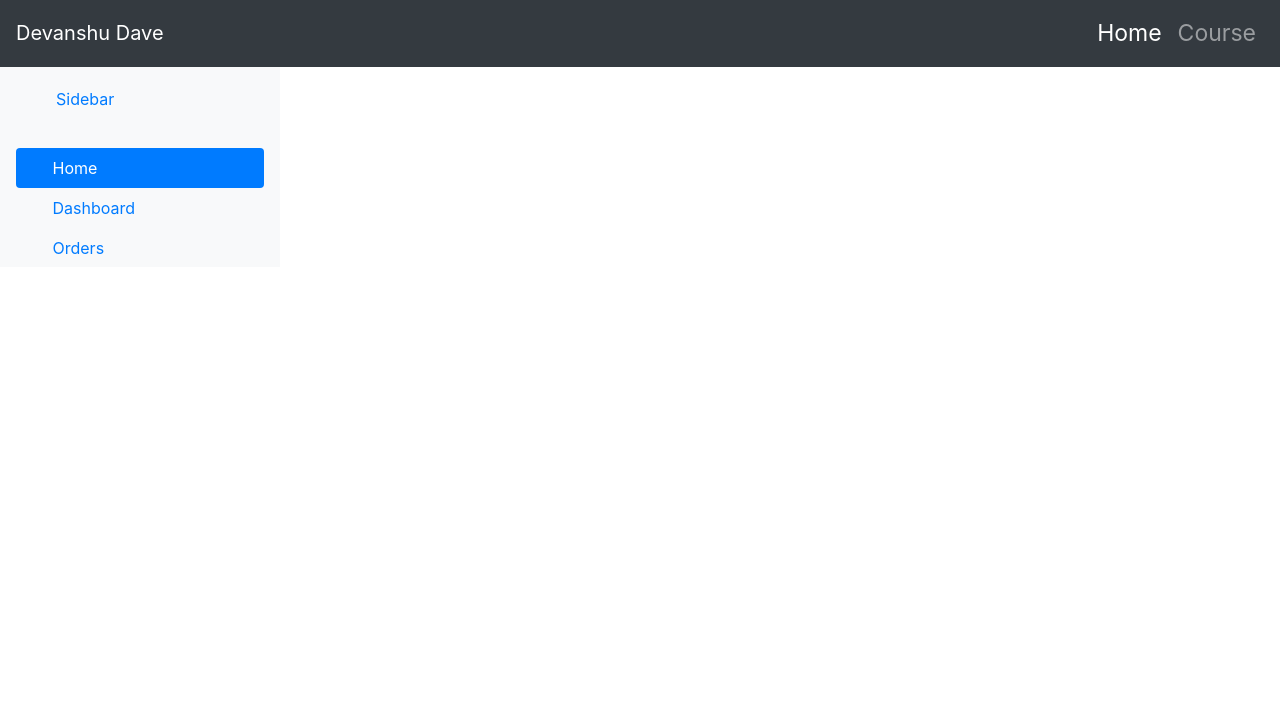
Repository: devanshudave1901/Mobile-Dev-Website
Page: course.html
An editor plug-in stored every save of this project. The page is shown before and after the next save, followed by the edit.
The browser window is 1280 px wide. The pictures show the whole page.
Some web libraries are served in a nearby version.

Above is the page before, as saved 2022-10-05 11:29:18.

### course.html
<!DOCTYPE html>
<html lang="en">
  <head>
    <meta charset="UTF-8" />
    <meta http-equiv="X-UA-Compatible" content="IE=edge" />
    <meta name="viewport" content="width=device-width, initial-scale=1.0" />
    <link
      rel="stylesheet"
      href="https://cdn.jsdelivr.net/npm/bootstrap@4.0.0/dist/css/bootstrap.min.css"
      integrity="sha384-Gn5384xqQ1aoWXA+058RXPxPg6fy4IWvTNh0E263XmFcJlSAwiGgFAW/dAiS6JXm"
      crossorigin="anonymous"
    />
    <link
      href="https://maxcdn.bootstrapcdn.com/font-awesome/4.2.0/css/font-awesome.min.css"
      rel="stylesheet"
    />

    <style>
      .navbar-nav {
        margin-left: auto;
        font-size: 23px;
      }
      .welcomeHeading {
        text-shadow: 2px 2px red;
        text-align: center;
      }
      .welcomeText {
        text-align: center;
        font-family: "Sofia", sans-serif;
      }
      .featurette-heading {
        font-weight: 300;
        line-height: 1;
        letter-spacing: -0.05rem;
        margin-top: 20%;
      }
      .profileIamge {
        width: 250px;

        left: 300px;
      }
      .mobileDevProfile {
        margin-top: 10%;
        left: 100px;
      }
      main{
        display: flex;
        flex-wrap: nowrap;
        height: 100vh;
        height: -webkit-fill-available;
        max-height: 100vh;
        overflow-x: auto;
        overflow-y: hidden;
      }
      .sideBar{
        height: 200px;
      }

  </style>
    <script
      src="https://code.jquery.com/jquery-3.2.1.slim.min.js"
      integrity="sha384-KJ3o2DKtIkvYIK3UENzmM7KCkRr/rE9/Qpg6aAZGJwFDMVNA/GpGFF93hXpG5KkN"
      crossorigin="anonymous"
    ></script>
    <script
      src="https://cdn.jsdelivr.net/npm/popper.js@1.12.9/dist/umd/popper.min.js"
      integrity="sha384-ApNbgh9B+Y1QKtv3Rn7W3mgPxhU9K/ScQsAP7hUibX39j7fakFPskvXusvfa0b4Q"
      crossorigin="anonymous"
    ></script>
    <script
      src="https://cdn.jsdelivr.net/npm/bootstrap@4.0.0/dist/js/bootstrap.min.js"
      integrity="sha384-JZR6Spejh4U02d8jOt6vLEHfe/JQGiRRSQQxSfFWpi1MquVdAyjUar5+76PVCmYl"
      crossorigin="anonymous"
    ></script>
    <title>Mobile Development - Lab 2</title>
  </head>
  <body>
    <nav class="navbar sticky-top navbar-expand-lg navbar-dark bg-dark">
      <a class="navbar-brand" href="#">Devanshu Dave</a>

      <div class="collapse navbar-collapse" id="navbarNavDropdown">
        <ul class="navbar-nav" mr-auto>
          <li class="nav-item active">
            <a class="nav-link" href="./index.html"
              >Home <span class="sr-only">(current)</span></a
            >
          </li>
          <li class="nav-item">
            <a class="nav-link" href="./course.html">Course</a>
          </li>
        </ul>
      </div>
    </nav>
    <main>
    <div class="d-flex flex-column flex-shrink-0 p-3 bg-light sideBar" style="width: 280px;">
      <a href="/" class="d-flex align-items-center mb-3 mb-md-0 me-md-auto link-dark text-decoration-none">
        <svg class="bi me-2" width="40" height="32"><use xlink:href="#bootstrap"/></svg>
        <span class="fs-4">Sidebar</span>
      </a>
      <hr>
      <ul class="nav nav-pills flex-column mb-auto">
        <li class="nav-item">
          <a href="#" class="nav-link active" aria-current="page">
            <svg class="bi me-2" width="16" height="16"><use xlink:href="#home"/></svg>
            Home
          </a>
        </li>
        <li>
          <a href="#" class="nav-link link-dark">
            <svg class="bi me-2" width="16" height="16"><use xlink:href="#speedometer2"/></svg>
            Dashboard
          </a>
        </li>
        <li>
          <a href="#" class="nav-link link-dark">
            <svg class="bi me-2" width="16" height="16"><use xlink:href="#table"/></svg>
            Orders
          </a>
        </li>
        <li>
          <a href="#" class="nav-link link-dark">
            <svg class="bi me-2" width="16" height="16"><use xlink:href="#grid"/></svg>
            Products
          </a>
        </li>
        <li>
          <a href="#" class="nav-link link-dark">
            <svg class="bi me-2" width="16" height="16"><use xlink:href="#people-circle"/></svg>
            Customers
          </a>
        </li>
      </ul>
      <hr>

    <br />
    <br />
    <br />
    <footer class="footer bg-light">
      <div class="container">
        <i class="fa fa-brands fa-linkedin"> Linkedin</i>
      </div>
    </footer>
  </main>
  </body>
</html>

After the next save:
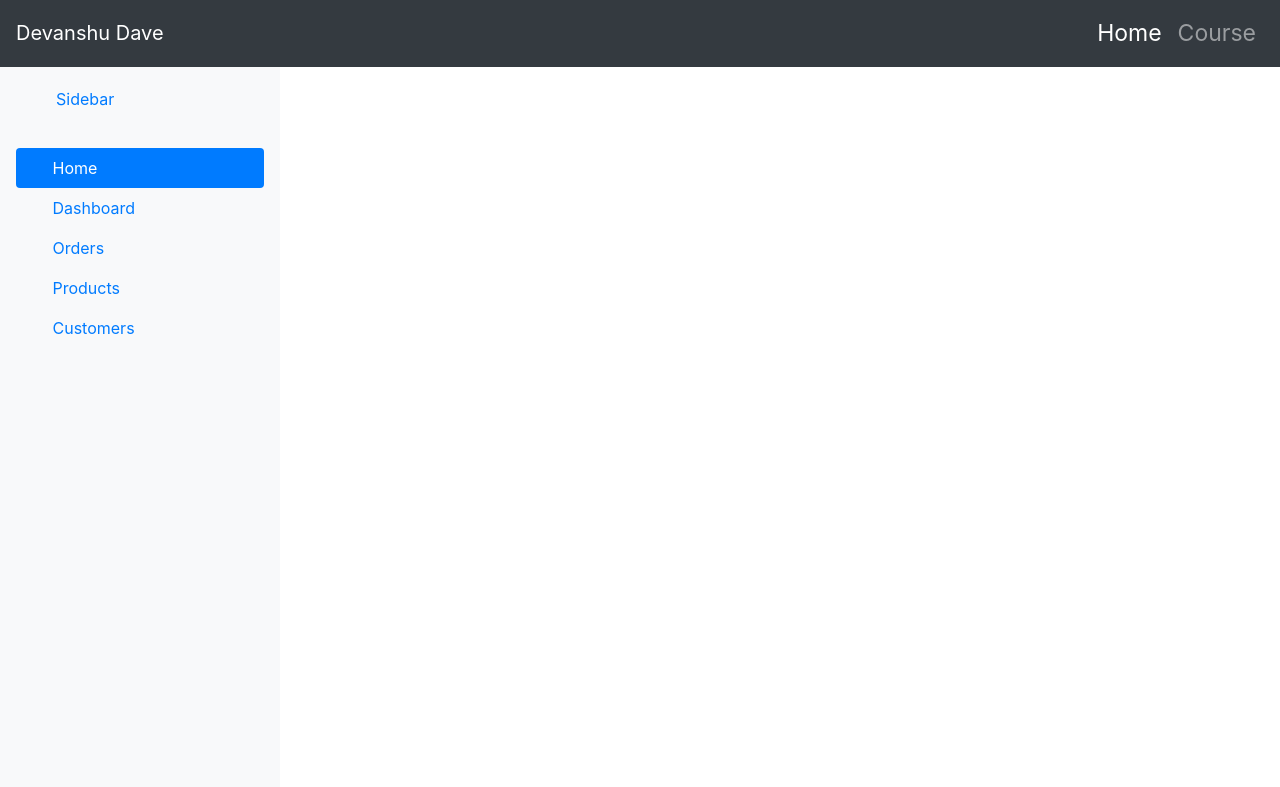
Saved 5 s later.
--- a/course.html
+++ b/course.html
@@ -53,7 +53,7 @@
         overflow-y: hidden;
       }
       .sideBar{
-        height: 200px;
+        height: 2000px;
       }
 
   </style>
